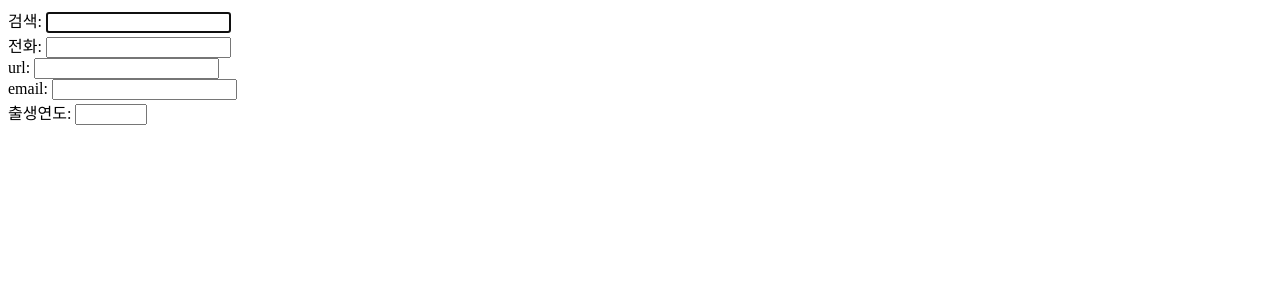
Repository: Jin0207/html_css
Page: day1130/src/main/webapp/enhancedTag.html
These files come from the project's save history. The page is drawn as it stood at one moment and after the next save; the edit follows.
The browser window is 1280 px wide. The pictures show the whole page.

Above is the page before, as saved 2021-11-30 06:33:10.

After the next save:
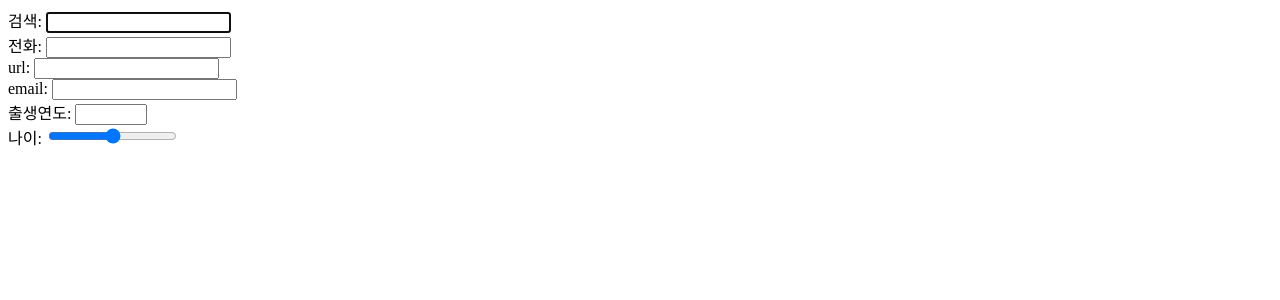
Saved 23 s later.
--- a/day1130/src/main/webapp/enhancedTag.html
+++ b/day1130/src/main/webapp/enhancedTag.html
@@ -11,6 +11,7 @@
 		url: <input type="url" name="url"> <br>
 		email: <input type="email" name="email" required="required"> <br>
 		출생연도: <input type="number" name="year" min="1900" max="2021" required="required"> <br>
+		나이: <input type="range" name="age" min="1900" max="2021" required="required"> <br>
 	</form>
 </body>
 </html>
